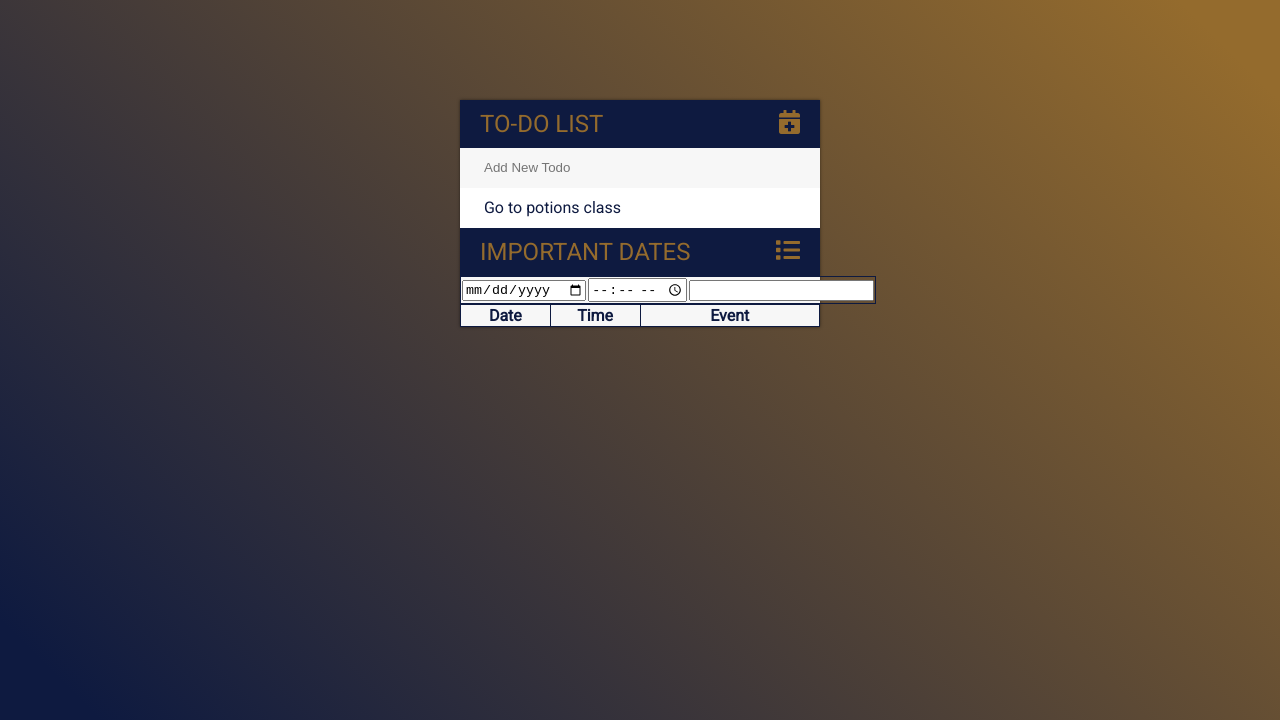
Repository: chrisYoder/Ravenclaw_Todo_List
Page: index.html
The author's editor kept a record of every edit. The page is drawn from the files as they stood at one moment, then again after the next edit.
The browser window is 1280 px wide. The pictures show the whole page.
Some web libraries are served in a nearby version.

Above is the page before.

After the next edit:
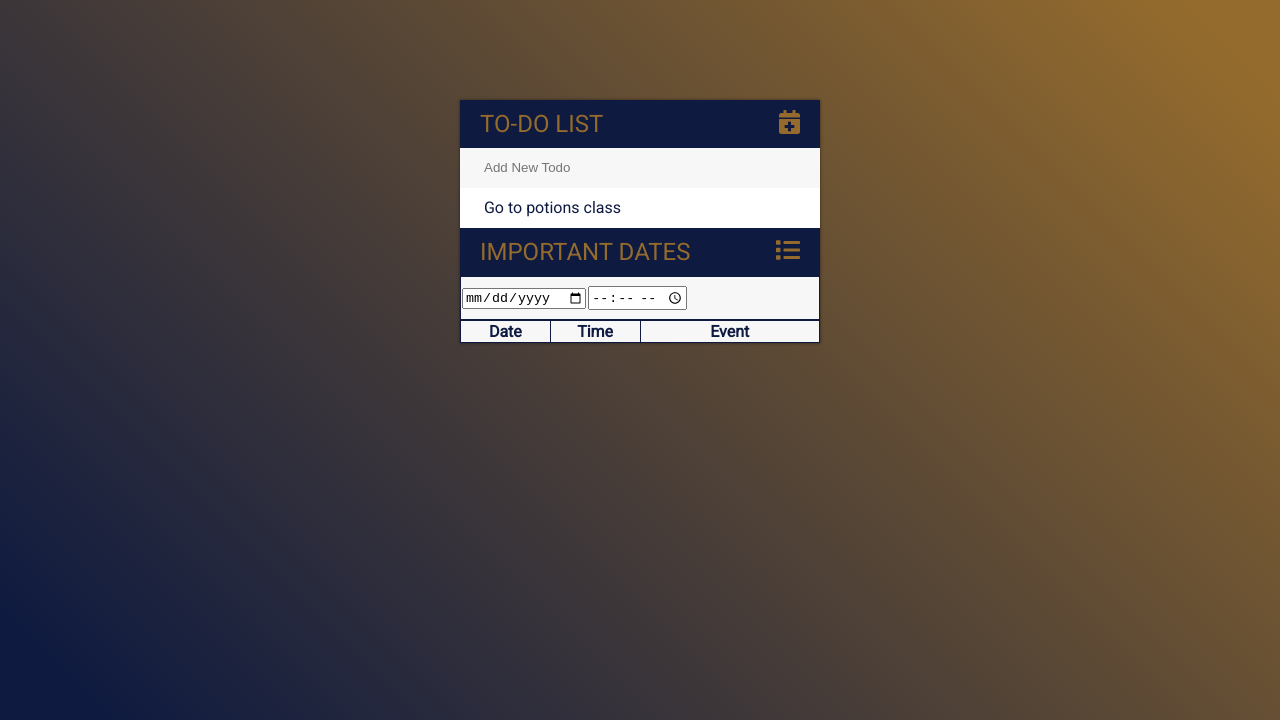
The edit:
--- a/assets/css/styles.css
+++ b/assets/css/styles.css
@@ -42,7 +42,7 @@
 
     }
 
-    #todoInput{
+    input[type='text']{
       width: 100%;
       padding: 7px 7px 7px 21px;
       margin: 0px;
